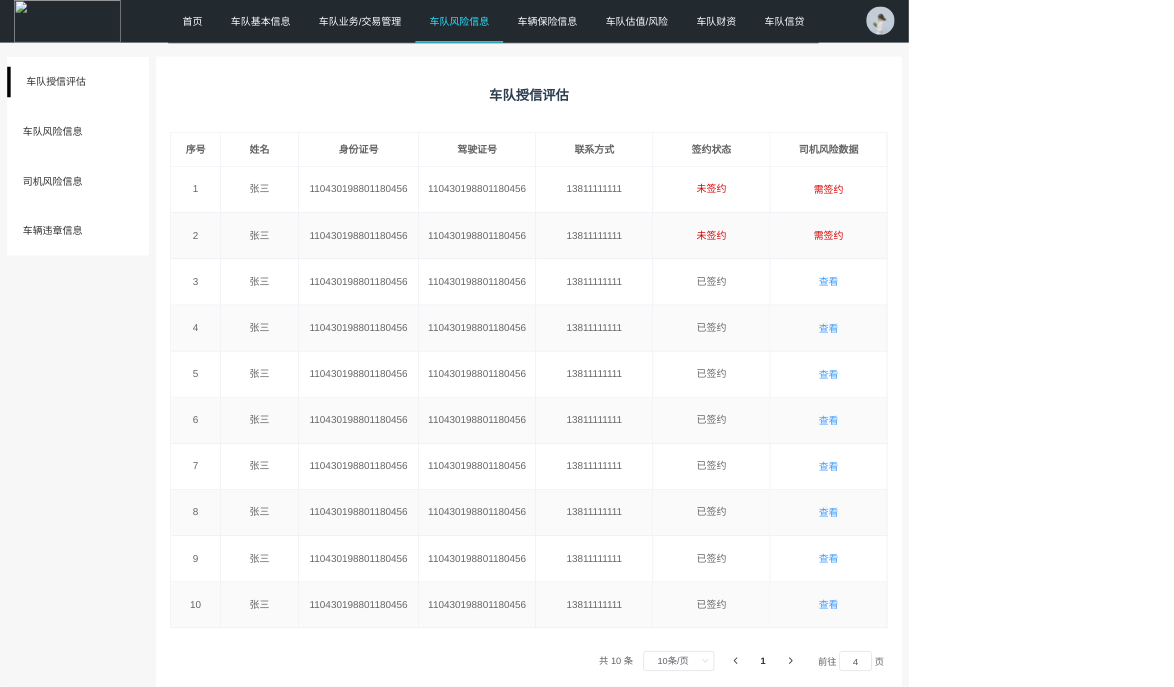
Repository: TheWomanLiketheWind/woodpecker
Page: /
These files come from the project's save history. The page is drawn as it stood at one moment and after the next save; the edit follows.
The browser window is 1280 px wide. The page is 1280 px wide, then 1653 px, then 1280 px, so the pictures cover 1653 px, including what lies to the right of the window. The pictures show the whole page, at 71% of full size.
The project was rebuilt for these pictures with package versions that can differ from the ones it lists, and the page was loaded fresh each time. Also part of the build but not shown: src/views/menuThird.vue.

Above is the page before, as saved 2019-07-26 10:06:51.

### public/index.html
<!DOCTYPE html>
<html lang="en">
  <head>
    <meta charset="utf-8">
    <meta http-equiv="X-UA-Compatible" content="IE=edge">
    <meta name="viewport" content="width=device-width,initial-scale=1.0">
    <link rel="icon" href="<%= BASE_URL %>favicon.ico">
    <title>woodpecker</title>
  </head>
  <body>
    <noscript>
      <strong>We're sorry but woodpecker doesn't work properly without JavaScript enabled. Please enable it to continue.</strong>
    </noscript>
    <div id="app"></div>
    <!-- built files will be auto injected -->
  </body>
</html>

### src/App.vue
<template>
  <div id="app">
    <router-view />
  </div>
</template>

<style lang="scss">
#app {
  font-family: "Avenir", Helvetica, Arial, sans-serif;
  -webkit-font-smoothing: antialiased;
  -moz-osx-font-smoothing: grayscale;
  text-align: center;
  color: #2c3e50;
  background: #f7f7f7;
  .el-header {
    display: flex;
    justify-content: space-between;
    align-items: center;
  }
  .menuSecond {
    .el-table__header {
      tr {
        background: #f7f7f7;
        color: #191a1a;
      }
    }
    .el-table th,
    .el-table tr {
      color: #646565;
    }
    .el-menu {
      border-right: 0;
    }
    .el-menu-item:focus,
    .el-menu-item:hover {
      background-color: rgb(209, 209, 209);
    }

    .el-menu-item.is-active span {
      border-left: 5px solid #000;
    }
    .el-menu-item {
      display: flex;
      align-items: center;
      padding: 0 !important;
      height: 70px;
    }

    .el-menu-item span {
      height: 43px;
      line-height: 43px;
      text-align: left;
      width: 100%;
      display: block;
      padding-left: 22px;
    }
  }
}
#nav {
  padding: 30px;
  a {
    font-weight: bold;
    color: #2c3e50;
    &.router-link-exact-active {
      color: #42b983;
    }
  }
}
body {
  margin: 0;
}
</style>

### src/router.ts
import Vue from 'vue'
import Router from 'vue-router'
import Home from './views/Home.vue'
Vue.use(Router)

export default new Router({
  mode: 'history',
  base: process.env.BASE_URL,
  routes: [
    {
      path: '/',
      name: 'home',
      component: Home,
      children: [
        {
          path: '/',
          name: 'menuSecond',
          children: [
            {
              path: '/',
              name: 'menuThird',
              component: () =>
                import(/* webpackChunkName: "about" */ './views/menuThird.vue')
            }
          ],
          component: () =>
            import(/* webpackChunkName: "about" */ './views/menuSecond.vue')
        }
      ]
    }
  ]
})

### src/views/Home.vue
<template>
  <el-container>
    <el-header class="headerAll">
      <img src=""
           class="headImage">
      <el-menu :default-active="activeIndex"
               class="el-menu-demo"
               mode="horizontal"
               background-color="#222a30"
               text-color="#fff"
               active-text-color="#29e2fe"
               @select="handleSelect">
        <el-menu-item v-for="(item, index) in menuList"
                      :key="index"
                      :index="item.index"
                      v-on:listenToChildEvent="menuClick">{{item.name}}</el-menu-item>
      </el-menu>

      <el-dropdown>
        <img src="../assets/headImage.jpg"
             class="drophead" />
        <el-dropdown-menu slot="dropdown">
          <el-dropdown-item>个人信息</el-dropdown-item>
          <el-dropdown-item>退出</el-dropdown-item>
        </el-dropdown-menu>
      </el-dropdown>
    </el-header>
    <!-- <router-link to="/menuSecond">点击跳转</router-link> -->
    <router-view />
  </el-container>
</template>

<script lang="ts">
import { Component, Vue } from "vue-property-decorator";

@Component({
  components: {}
})
export default class Home extends Vue {
  data() {
    return {
      activeIndex: "4",
      menuList: [
        {
          name: "首页",
          index: "1",
          link: ""
        },
        {
          name: "车队基本信息",
          index: "2",
          link: ""
        },
        {
          name: "车队业务/交易管理",
          index: "3",
          link: ""
        },
        {
          name: "车队风险信息",
          index: "4",
          link: ""
        },
        {
          name: "车辆保险信息",
          index: "5",
          link: ""
        },
        {
          name: "车队估值/风险",
          index: "6",
          link: ""
        },
        {
          name: "车队财资",
          index: "7",
          link: ""
        },
        {
          name: "车队信贷",
          index: "8",
          link: ""
        }
      ]
    };
  }

  private handleSelect(key: any, keyPath: any) {
    console.log(key, keyPath);
  }

  menuClick(data: any) {
    this.$router.push(data);
  }
}
</script>

<style lang="scss">
.headerAll {
  background: #222a30;
  margin-bottom: 20px;
  .headImage {
    width: 150px;
    height: 100%;
    border: 0;
  }
  .drophead {
    width: 40px;
    height: 40px;
    border-radius: 50%;
  }
}
</style>

### src/views/menuSecond.vue
<template>
  <el-container class="menuSecond">

    <el-aside width="200px"
              class="asideClass">
      <el-menu :default-active="defaultActive"
               class="el-menu-vertical-demo"
               active-text-color="#303133"
               @select="handleSelect">
        <el-menu-item v-for="(item, index) in filesList.navigeList"
                      :key="index"
                      :index="item.index">
          <span slot="title">{{item.name}}</span>
        </el-menu-item>
      </el-menu>
    </el-aside>
    <el-main class="menuSecondRight">
      <h3 class="menuSecondH3">{{filesList.navigeList[this.selectIndex].name}}</h3>
      <el-table :data="tableData"
                border
                stripe
                style="width: 100%">
        <el-table-column type="index"
                         label="序号"
                         width="70"
                         align="center">
        </el-table-column>
        <el-table-column prop="name"
                         label="姓名"
                         width="110"
                         align="center" />
        <el-table-column prop="cardId"
                         label="身份证号"
                         align="center" />
        <el-table-column prop="driveId"
                         label="驾驶证号"
                         align="center" />
        <el-table-column prop="tel"
                         label="联系方式"
                         align="center" />
        <el-table-column prop="signType"
                         label="签约状态"
                         align="center">
          <template slot-scope="scope">
            <span :class="scope.row.signType === 0?'signTypeColor':''">{{scope.row.signType === 0?'未签约':'已签约'}}</span>
          </template>
        </el-table-column>
        <el-table-column label="司机风险数据"
                         align="center">
          <template slot-scope="scope">
            <el-button type="text"
                       v-if="scope.row.signType === 0"
                       class="signTypeColor">需签约</el-button>
            <el-button type="text"
                       v-else>查看</el-button>
          </template>
        </el-table-column>
      </el-table>
      <el-pagination @size-change="handleSizeChange"
                     @current-change="handleCurrentChange"
                     :current-page="currentPage4"
                     :page-sizes="[10, 20, 50, 100]"
                     :page-size="10"
                     layout="total, sizes, prev, pager, next, jumper"
                     :total="tableData.length">
      </el-pagination>
    </el-main>
    <!-- <img src="../assets/d1c2dc3ef8561f8ba11936fef14c613.png"> -->
  </el-container>

</template>

<script lang="ts">
import Vue from "vue";
import files from "../jsonFile";

export default Vue.extend({
  data() {
    return {
      filesList: files,
      selectIndex: 0,
      defaultActive: "1",
      currentPage4: 4,
      tableData: [
        {
          name: "张三",
          cardId: "110430198801180456",
          driveId: "110430198801180456",
          tel: "13811111111",
          signType: 0
        }
      ]
    };
  },
  mounted() {
    this.defined();
  },
  methods: {
    defined() {
      for (let i = 0; i < 9; i++) {
        let object = {
          name: "张三",
          cardId: "110430198801180456",
          driveId: "110430198801180456",
          tel: "13811111111",
          signType: i === 0 ? 0 : 1
        };
        this.tableData.push(object);
      }
    },
    handleSelect(key: String) {
      this.selectIndex = Number(key) - 1;
    },
    handleSizeChange(val: Number) {
      console.log(`每页 ${val} 条`);
    },
    handleCurrentChange(val: Number) {
      console.log(`当前页: ${val}`);
    }
  }
});
</script>


<style lang="scss">
.menuSecond {
  background: #f7f7f7;
  margin: 0 10px;
  .menuSecondRight {
    background: #fff;
    margin-left: 10px;
    .menuSecondH3 {
      margin-bottom: 40px;
    }
  }
  .el-pagination {
    margin-top: 30px;
    float: right;
  }
  .signTypeColor {
    color: #d40707;
  }
}
.el-menu {
  background: #fff;
}
</style>

### src/jsonFile.ts
const fileObject = {
  navigeList: [
    {
      name: '车队授信评估',
      index: '1'
    },
    {
      name: '车队风险信息',
      index: '2'
    },
    {
      name: '司机风险信息',
      index: '3'
    },
    {
      name: '车辆违章信息',
      index: '4'
    }
  ]
}

export default fileObject

Loaded but not shown: src/main.ts (common file); src/store.ts (common file)

After the next save:
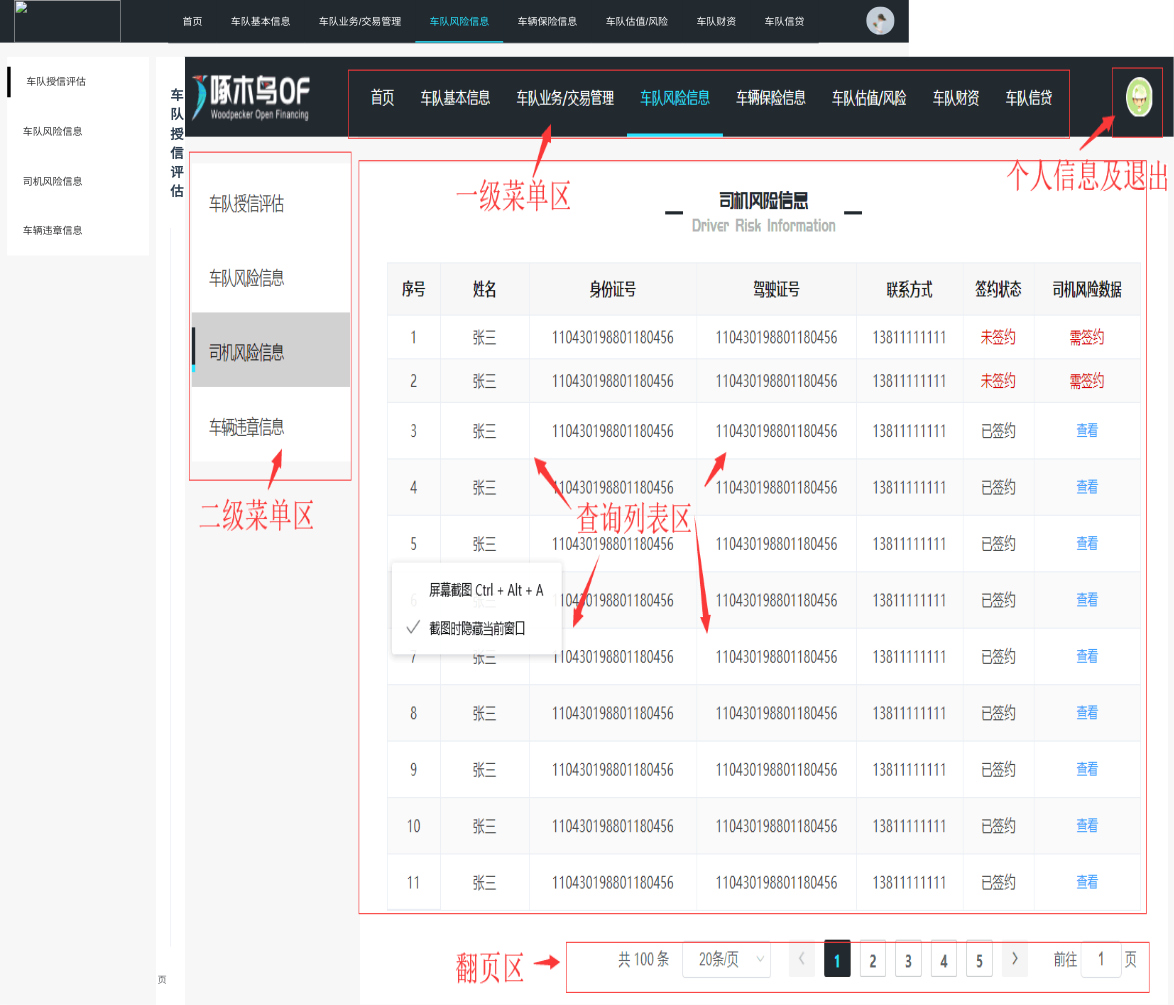
Saved 23 s later.
--- a/src/views/menuSecond.vue
+++ b/src/views/menuSecond.vue
@@ -65,7 +65,7 @@
                      :total="tableData.length">
       </el-pagination>
     </el-main>
-    <!-- <img src="../assets/d1c2dc3ef8561f8ba11936fef14c613.png"> -->
+    <img src="../assets/d1c2dc3ef8561f8ba11936fef14c613.png">
   </el-container>
 
 </template>

After the save that followed:
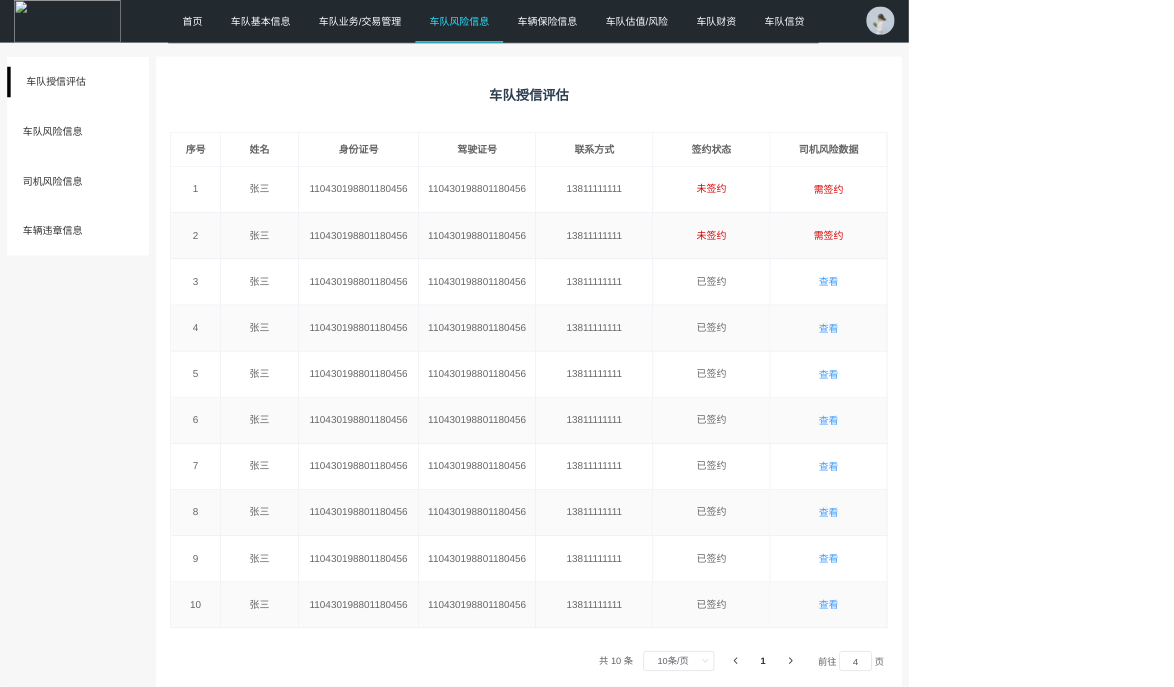
Saved 22 s later.
--- a/src/views/menuSecond.vue
+++ b/src/views/menuSecond.vue
@@ -65,7 +65,7 @@
                      :total="tableData.length">
       </el-pagination>
     </el-main>
-    <img src="../assets/d1c2dc3ef8561f8ba11936fef14c613.png">
+    <!-- <img src="../assets/d1c2dc3ef8561f8ba11936fef14c613.png"> -->
   </el-container>
 
 </template>
